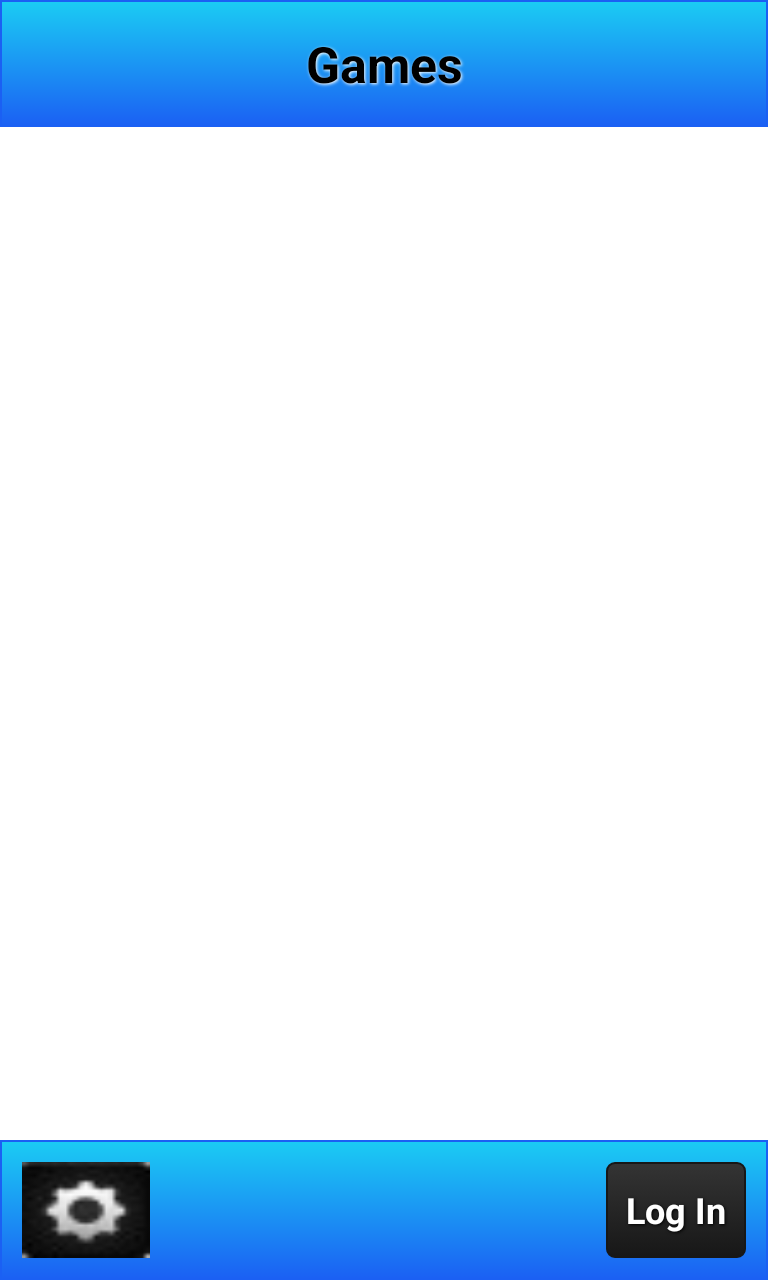
Repository: yuanpeixin/Project
Layout: GameForum/res/layout/game_list.xml
An editor plug-in stored every save of this project. The layout is shown before and after the next save, followed by the edit.
It is drawn on a 768 x 1280 px phone screen (xhdpi) without system bars, with theme AppTheme; the app's code is not run. Lists and similar views that code fills are empty.

Above is the layout before, as saved 2015-10-07 06:43:01.

After the next save:
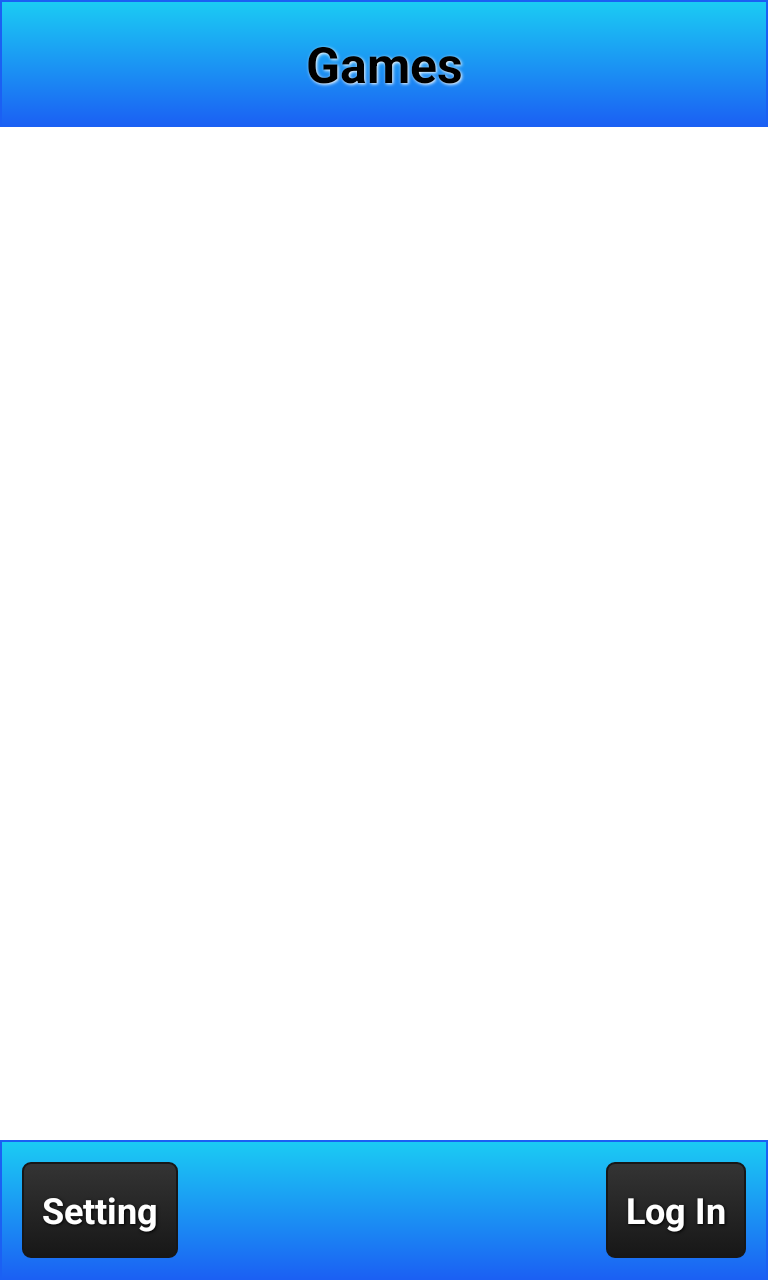
Saved 2 min 11 s later.
--- a/GameForum/res/layout/game_list.xml
+++ b/GameForum/res/layout/game_list.xml
@@ -55,7 +55,8 @@
                 android:layout_width="wrap_content"
                 android:layout_height="wrap_content"
                 android:layout_gravity="left"
-                android:background="@drawable/setting" />
+                android:background="@drawable/black_button"
+                android:text="Setting" />
         </LinearLayout>
 
         <LinearLayout
